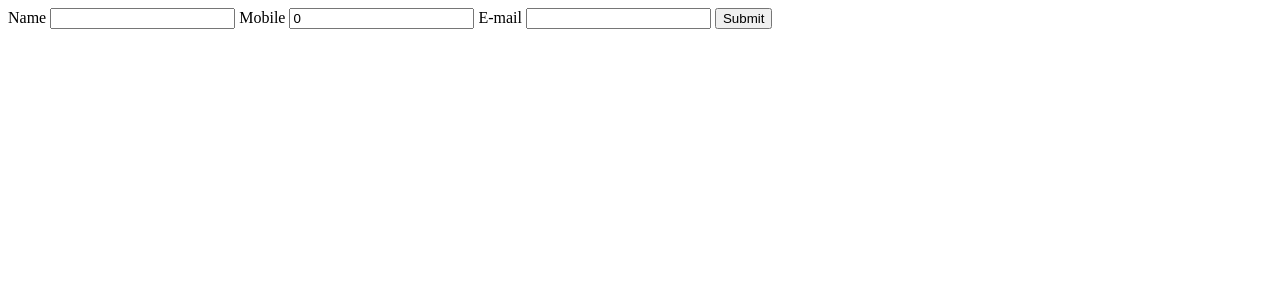
Repository: imanishsharma/springmvcdemos
Page: http://localhost/mvcdemo/getPersonForm
The author's editor kept a copy of each file at every save. The page is drawn from the files as they stood at one save, then again after the next save.
The browser window is 1280 px wide. The pictures show the whole page.
The page is served by Tomcat 9. Other server files are loaded and not shown.

Above is the page before, as saved 2017-01-29 07:42:33.

### mvcdemo/src/main/webapp/WEB-INF/dispatcher-servlet.xml
<?xml version="1.0" encoding="UTF-8"?>
<beans xmlns="http://www.springframework.org/schema/beans"
	xmlns:xsi="http://www.w3.org/2001/XMLSchema-instance" xmlns:context="http://www.springframework.org/schema/context"
	xmlns:mvc="http://www.springframework.org/schema/mvc" xmlns:tx="http://www.springframework.org/schema/tx"
	xsi:schemaLocation="http://www.springframework.org/schema/beans
       http://www.springframework.org/schema/beans/spring-beans.xsd
       http://www.springframework.org/schema/mvc
       http://www.springframework.org/schema/mvc/spring-mvc.xsd
       http://www.springframework.org/schema/context
       http://www.springframework.org/schema/context/spring-context.xsd http://www.springframework.org/schema/tx http://www.springframework.org/schema/tx/spring-tx.xsd">
	<context:component-scan base-package="com.spring" />
	<bean id="viewResolver"
		class="org.springframework.web.servlet.view.InternalResourceViewResolver">
		<property name="prefix" value="/WEB-INF/views/" />
		<property name="suffix" value=".jsp" />
	</bean>
	<mvc:annotation-driven></mvc:annotation-driven>
</beans>

### mvcdemo/src/main/webapp/WEB-INF/views/persondetails.jsp
<%@ page language="java" contentType="text/html; charset=ISO-8859-1"
    pageEncoding="ISO-8859-1"%>
    <%@ taglib uri="http://www.springframework.org/tags/form" prefix="form" %>

<!DOCTYPE html PUBLIC "-//W3C//DTD HTML 4.01 Transitional//EN" "http://www.w3.org/TR/html4/loose.dtd">
<html>
<head>
<meta http-equiv="Content-Type" content="text/html; charset=ISO-8859-1">
<title>Insert title here</title>

</head>
<body>
<form:form action="addPerson" commandName="person">

<form:label path="name">Name</form:label>
<form:input path="name"/>
<form:label path="mobile">Mobile</form:label>
<form:input path="mobile"/>
<form:label path="email">E-mail</form:label>
<form:input path="email"/>
<input type="submit" value="Submit"/>

</form:form>

</body>
</html>

### mvcdemo/src/main/java/com/spring/controllers/PersonController.java
package com.spring.controllers;


import org.springframework.stereotype.Controller;
import org.springframework.ui.Model;
import org.springframework.web.bind.annotation.ModelAttribute;
import org.springframework.web.bind.annotation.RequestMapping;
import org.springframework.web.servlet.ModelAndView;

import com.spring.model.Person;
@Controller
public class PersonController
{
	public PersonController()
	{
		System.out.println("Created person controller");

	}
	@RequestMapping("/addPerson")
	public ModelAndView getPersonDetails(@ModelAttribute("person") Person person)
	{
		return new ModelAndView("displayDetails","person",person);
	}
	@RequestMapping("/getPersonForm")
    public String getPersonForm(Model model)
    {
		model.addAttribute("person",new Person());
    	return "persondetails";
    }
}

### mvcdemo/src/main/java/com/spring/mvc/HelloWorldController.java
package com.spring.mvc;

import org.springframework.stereotype.Controller;
import org.springframework.web.bind.annotation.RequestMapping;
import org.springframework.web.servlet.ModelAndView;

@Controller
public class HelloWorldController {

	@RequestMapping("/home")
public ModelAndView helloWorld(){
	return new ModelAndView("welcome","message","Welcome to Spring Mvc framework");
}
}

### mvcdemo/src/main/java/com/spring/model/Person.java
package com.spring.model;

public class Person {
	public String name;
	public int mobile;
	public String email;
	public String getName() {
		return name;
	}
	public void setName(String name) {
		this.name = name;
	}
	public int getMobile() {
		return mobile;
	}
	public void setMobile(int mobile) {
		this.mobile = mobile;
	}
	public String getEmail() {
		return email;
	}
	public void setEmail(String email) {
		this.email = email;
	}


}

After the next save:
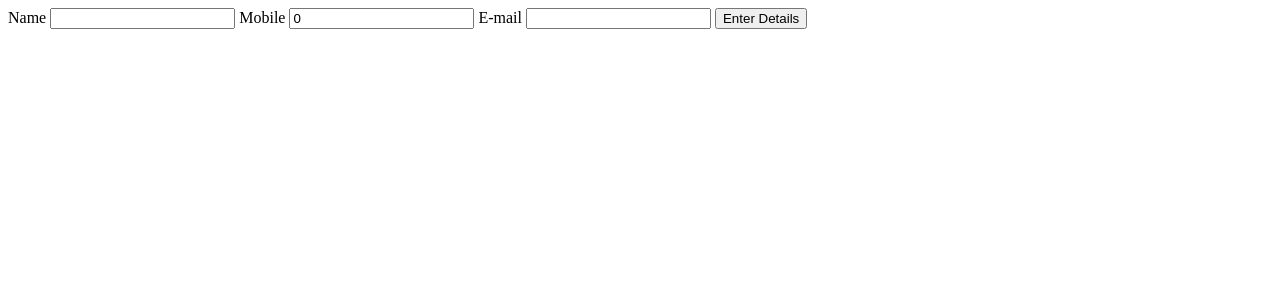
Saved 2 min 27 s later.
--- a/mvcdemo/src/main/webapp/WEB-INF/views/persondetails.jsp
+++ b/mvcdemo/src/main/webapp/WEB-INF/views/persondetails.jsp
@@ -18,7 +18,7 @@
 <form:input path="mobile"/>
 <form:label path="email">E-mail</form:label>
 <form:input path="email"/>
-<input type="submit" value="Submit"/>
+<input type="submit" value="Enter Details"/>
 
 </form:form>
 
